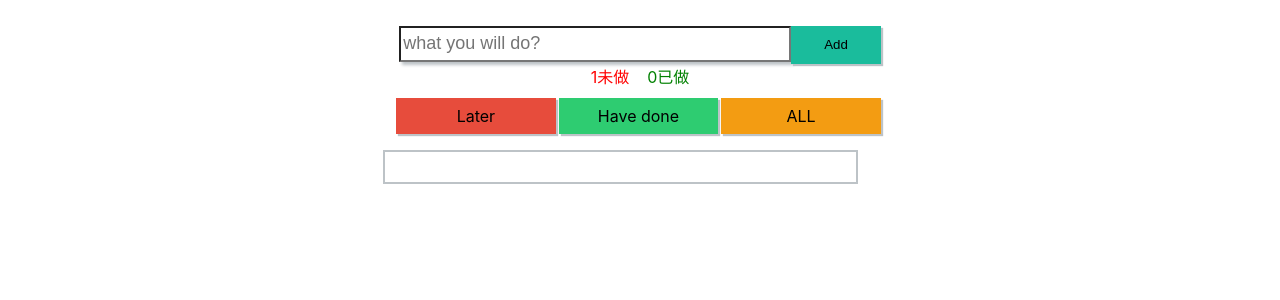
Repository: yurensmile/todolist
Page: /, after clicking the first element matching `button`
These files come from the project's save history. The page is drawn as it stood at one moment and after a run of saves; the edit follows.
The browser window is 1280 px wide. The pictures show the whole page.
The project was rebuilt for these pictures with package versions that can differ from the ones it lists, and the page was loaded fresh each time. Also part of the build but not shown: src/All.js, src/HaveDone.js.

Above is the page before, as saved 2019-03-20 17:45:35.

### src/App.js
import React, { Component } from 'react';
import Todos from './Todos'
import './App.css';

class App extends Component {

  constructor() {
    super();
    this.state={
      inputValue: '',
      laters: [],
      havedones: [],
      checked: false,
      id: 1
    };
    this.updateHavedone = this.updateHavedone.bind(this);
    this.updateLaters = this.updateLaters.bind(this);
  }

  handleOnClick() {
    this.setState(state =>{
      const laters = state.laters.concat(state.inputValue);

      return {
        laters,
        inputValue: ""
      }
    })
    console.log(this.state.all);
  }
  updateInputValue(e) {
    this.setState({
      inputValue: e.target.value
    })
  }

// 点击了三栏内容
  contentOnclick(e) {
    let choice = e.target.innerHTML;
    this.setState((preState)=>{
      switch(choice){
        case "Later": return {id: 1};
        case "Have done": return {id: 2};
        case "ALL": return {id: 3};
        default: return {id:1};
      }
    })
  }

 // 如果todo中的某个被点击，则在todo中删除，并添加到havedone中
  updateHavedone(index, item){
    this.setState(state => {
      let n = state.laters.indexOf(item);
      let tem = state.laters.slice();
      tem.splice(n, 1);
      let havedones = state.havedones.concat(item);
      return ({
        havedones,
        laters: tem
      })
    })
  }

// 如果havedone中的某个被点击，则在havedone中删除，并添加到later中
  updateLaters(index, item){
    console.log("this is updatelaters");
    this.setState(state => {
      let n = state.havedones.indexOf(item);
      let tem = state.havedones.slice();
      tem.splice(n, 1);
      let laters = state.laters.concat(item);
      return({
        laters,
        havedones: tem
      })
    })
  }

  render() {
    return (
      <div className="App">
        <input type="text" placeholder="what you will do?" name="todo" value={this.state.inputValue} onChange={this.updateInputValue.bind(this)}/>
        <button onClick={this.handleOnClick.bind(this)}>Add</button><br/>
        <span style={{color: "red"}}>{this.state.laters.length}未做&nbsp;&nbsp;&nbsp;&nbsp;</span>
        <span style={{color: "green"}}>{this.state.havedones.length}已做</span>
        <div id="content" onClick={this.contentOnclick.bind(this)}>
          <div className="choice later">Later</div>
          <div className="choice havedone" >Have done</div>
          <div className="choice all">ALL</div>
        </div>
        {/* 列表内容 */}
        <Todos
          id={this.state.id}
          laters={this.state.laters}
          havedones={this.state.havedones}
          all={this.state.all}
          updateHavedones={this.updateHavedone}
          updateLaters={this.updateLaters}
        />
      </div>
    );
  }
}

export default App;

### src/Todos.js
import React, { Component } from 'react';
import All from './All'
import HaveDone from './HaveDone'
import Later from './Later'

class Todos extends Component{

  render(){
    return(
      <div>
        {
          (()=>{
            switch(this.props.id){
              case 1: return <Later laters={this.props.laters}
                                  updateHavedones={this.props.updateHavedones}
                                  />;
              case 2: return <HaveDone havedones={this.props.havedones}
                                  updateLaters={this.props.updateLaters}
                                  />;
              case 3: return <All laters={this.props.laters} havedones={this.props.havedones}/>
              default: console.log("sofunny");
            }

          })()}
      </div>
    )
  }
}
export default Todos;

### src/App.css
.App {
  margin-top: 2%;
  text-align: center;
}

input[type="checkbox"]{
  visibility: hidden;
}

ul{
  list-style-type: none;
}
li{
  display: inline-block;
  width: 38%;
  line-height: 30px;
  height: 30px;
  margin-bottom: 4px;
  margin-left: -8%;
  border: 2px solid rgba(189, 195, 199,1.0);
}
.choice{
  margin-top: 10px;
  margin-right: 3px;
  box-shadow: 2px 2px 1px rgba(189, 195, 199,1.0);
  display: inline-block;
  width: 12%;
  height: 30px;
  text-align: center;
  line-height: 30px;
  border:3px solid rgb(197, 193, 193);
}
.later{
  /* border-color: red; */
  background-color: rgba(231, 76, 60,1.0);
  border-color: rgba(231, 76, 60,1.0);
}
.havedone{
  /* border-color: green; */
  background-color:rgba(46, 204, 113,1.0);
  border-color: rgba(46, 204, 113,1.0);
}
.all{
  background-color: rgba(243, 156, 18,1.0);
  border-color:rgba(243, 156, 18,1.0);
}

.toggle{
  display: inline-block;
}
.App-link {
  color: #61dafb;
}
input[type="text" ]{
  width: 30%;
  height: 30px;
  box-shadow: 3px 3px 3px rgba(189, 195, 199,1.0);
  font-size: 18px;
}

button{
  background-color: rgba(26, 188, 156,1.0);
  border: 0px;
  width: 7%;
  height: 38px;
  box-shadow: 2px 2px 1px rgba(189, 195, 199,1.0);
}

#content{
  margin-left: auto;
  margin-right: auto;
}

### src/Later.js
import React, { Component } from 'react';

class Later extends Component{
  constructor(props){
    super(props);
    this.state = {
      checked: false,
    };
  }

  // 点击了todo 列表的内容
  handleTodoOnclick(checked, index, item, e){
    // if e.target is not text
        // let box = e.target.previousSibling;
        this.setState((preState)=>{
          return {checked: !preState.checked}
        });
        if(checked){
          // thing to later
          // box.checked = false;
        }else{
          // thing to have done
          // box.checked = true;
  //如果later中的某个被点击，则在later中删除，并添加到havedone中
          this.props.updateHavedones(index, item);
        }
      }
  render(){
    return (
      <ul>
        {this.props.laters.map((item, index)=>{
          return (
            <div onClick={
              this.handleTodoOnclick.bind(this, this.state.checked, index, item)
              }>
              <input className="toggle" type="checkbox"/>
              <li class="left" style={{color: "red"}} key={index}>{item}</li>
            </div>
          )
        })}
      </ul>
    )
  }
}

export default Later;

Loaded but not shown: public/index.html (common file); src/index.js (common file); src/index.css (common file); src/serviceWorker.js (common file)

After the next 2 saves:
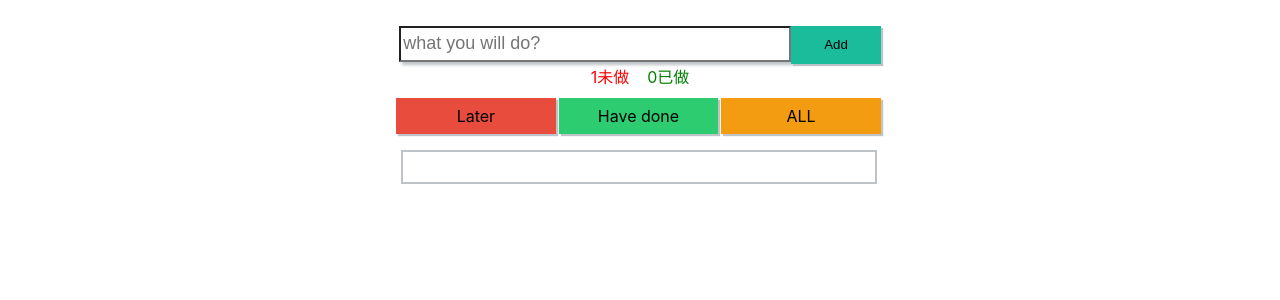
The 2 saves are shown as one change because they came seconds apart.
The last was saved 7 s later.
--- a/src/App.css
+++ b/src/App.css
@@ -16,7 +16,7 @@ li{
   line-height: 30px;
   height: 30px;
   margin-bottom: 4px;
-  margin-left: -8%;
+  margin-left: -5%;
   border: 2px solid rgba(189, 195, 199,1.0);
 }
 .choice{
